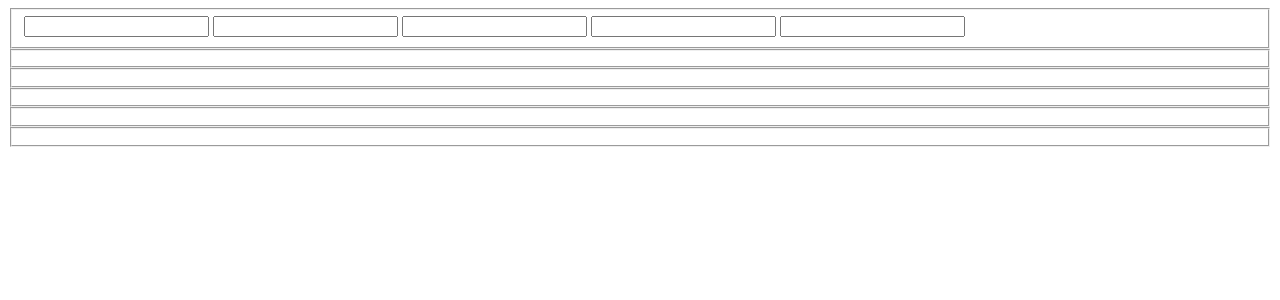
Repository: fran2708/wordle
Page: index.html
The author's editor kept a copy of each file at every save. The page is drawn from the files as they stood at one save, then again after the next save.
The browser window is 1280 px wide. The pictures show the whole page.

Above is the page before, as saved 2022-06-21 21:22:21.

### index.html
<!DOCTYPE html>
    <html lang="en">
    <head>
        <meta charset="UTF-8">
        <meta http-equiv="X-UA-Compatible" content="IE=edge">
        <meta name="viewport" content="width=device-width, initial-scale=1.0">
        <script src="/script.js"></script>
        <link rel="stylesheet" href="/styles.css">
        <title>Wordle</title>
    </head>
    <body>
        <header>

        </header>

        <main>
            <div id="tablero">
                <fieldset>
                    <input name="11" class="celda" id="c11">
                    <input name="12" class="celda" id="c12">
                    <input name="13" class="celda" id="c13">
                    <input name="14" class="celda" id="c14">
                    <input name="15" class="celda" id="c15">
                </fieldset>
                <fieldset>

                </fieldset>
                <fieldset>

                </fieldset>
                <fieldset>

                </fieldset>
                <fieldset>

                </fieldset>
                <fieldset>

                </fieldset>
            </div>
        </main>
    </body>
</html>

Loaded but not shown: script.js (no copy from this time; the picture is the same without it); styles.css (no stored copy; drawn as an empty file)

After the next save:
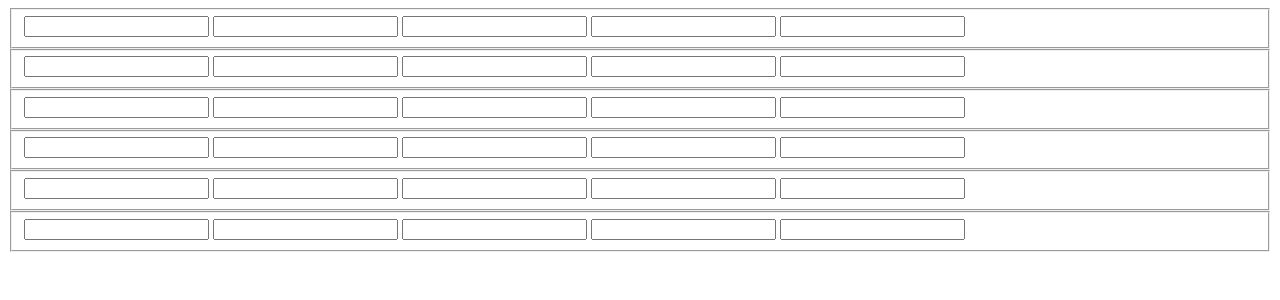
Saved 80 s later.
--- a/index.html
+++ b/index.html
@@ -23,19 +23,39 @@
                     <input name="15" class="celda" id="c15">
                 </fieldset>
                 <fieldset>
-
+                    <input name="21" class="celda" id="c21">
+                    <input name="22" class="celda" id="c22">
+                    <input name="23" class="celda" id="c23">
+                    <input name="24" class="celda" id="c24">
+                    <input name="25" class="celda" id="c25">
                 </fieldset>
                 <fieldset>
-
+                    <input name="31" class="celda" id="c31">
+                    <input name="32" class="celda" id="c32">
+                    <input name="33" class="celda" id="c33">
+                    <input name="34" class="celda" id="c34">
+                    <input name="35" class="celda" id="c35">
                 </fieldset>
                 <fieldset>
-
+                    <input name="41" class="celda" id="c41">
+                    <input name="42" class="celda" id="c42">
+                    <input name="43" class="celda" id="c43">
+                    <input name="44" class="celda" id="c44">
+                    <input name="45" class="celda" id="c45">
                 </fieldset>
                 <fieldset>
-
+                    <input name="51" class="celda" id="c51">
+                    <input name="52" class="celda" id="c52">
+                    <input name="53" class="celda" id="c53">
+                    <input name="54" class="celda" id="c54">
+                    <input name="55" class="celda" id="c55">
                 </fieldset>
                 <fieldset>
-
+                    <input name="61" class="celda" id="c61">
+                    <input name="62" class="celda" id="c62">
+                    <input name="63" class="celda" id="c63">
+                    <input name="64" class="celda" id="c64">
+                    <input name="65" class="celda" id="c65">
                 </fieldset>
             </div>
         </main>
